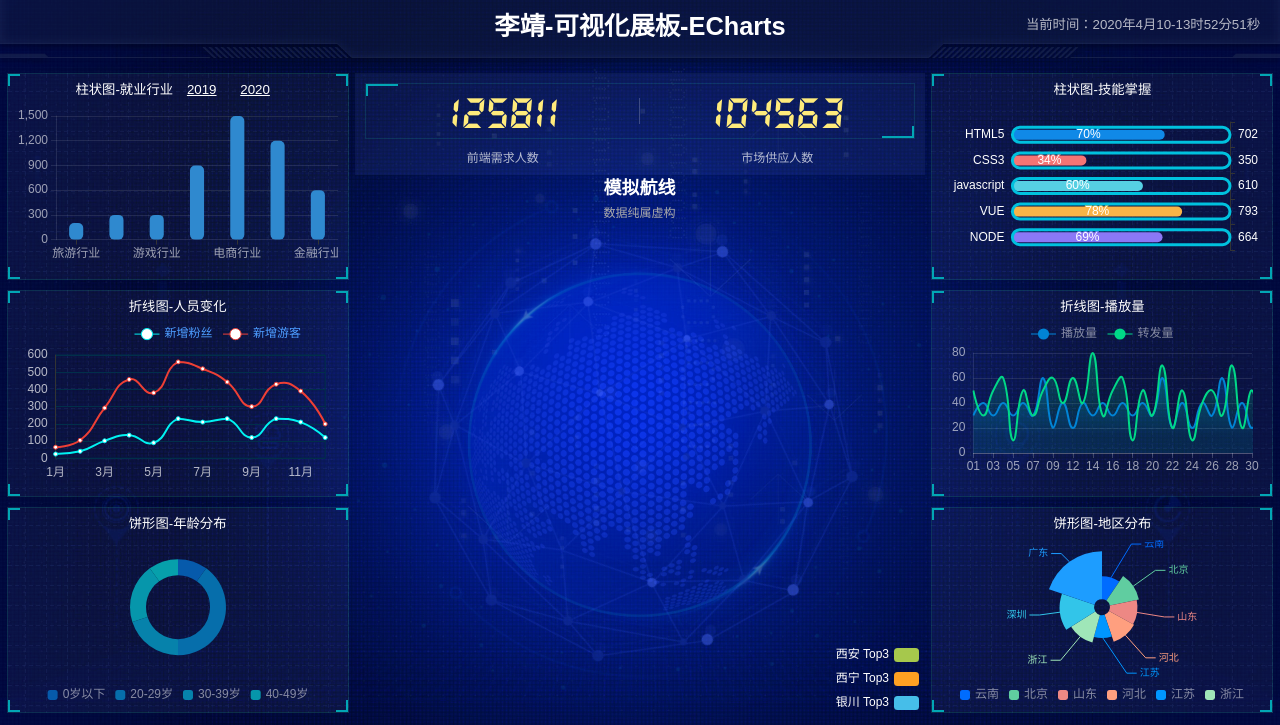
Repository: Jasonlee6789/ECharts
Page: Echarts/index.html
An editor plug-in stored every save of this project. The page is shown before and after the next save, followed by the edit.
The browser window is 1280 px wide. The pictures show the whole page.
The style sheet was rebuilt from its Sass, Less or Tailwind sources for each picture, by a compiler version that may differ from the author's.

Above is the page before, as saved 2020-05-22 13:29:30.

### Echarts/index.html
<!DOCTYPE html>
<html lang="en">

<head>
    <meta charset="UTF-8" />
    <meta name="viewport" content="width=device-width, initial-scale=1.0" />
    <title>Document</title>
    <link rel="stylesheet" href="css/index.css" />
</head>

<body>
    <header>
        <h1>李靖-可视化展板-ECharts</h1>
        <div class="showTime">当前时间：2020年3月17-0时54分14秒</div>
        <script>
            var t = null;
            t = setTimeout(time, 1000); //開始运行
            function time() {
                clearTimeout(t); //清除定时器
                dt = new Date();
                var y = dt.getFullYear();
                var mt = dt.getMonth() + 1;
                var day = dt.getDate();
                var h = dt.getHours(); //获取时
                var m = dt.getMinutes(); //获取分
                var s = dt.getSeconds(); //获取秒
                document.querySelector(".showTime").innerHTML =
                    "当前时间：" +
                    y +
                    "年" +
                    mt +
                    "月" +
                    day +
                    "-" +
                    h +
                    "时" +
                    m +
                    "分" +
                    s +
                    "秒";
                t = setTimeout(time, 1000); //设定定时器，循环运行
            }
        </script>
    </header>
    <section class="mainbox">
        <div class="column">
            <div class="panel bar">
                <h2>
                    柱状图-就业行业 <a href="javascript:;">2019</a>
                    <a href="javacript:;"> 2020</a>
                </h2>
                <div class="chart"></div>
                <div class="panel-footer"></div>
            </div>
            <div class="panel line">
                <h2>折线图-人员变化</h2>
                <div class="chart"></div>
                <div class="panel-footer"></div>
            </div>
            <div class="panel pie">
                <h2>饼形图-年龄分布</h2>
                <div class="chart"></div>
                <div class="panel-footer"></div>
            </div>
        </div>
        <div class="column">
            <div class="no">
                <div class="no-hd">
                    <ul>
                        <li>125811</li>
                        <li>104563</li>
                    </ul>
                </div>
                <div class="no-bd">
                    <ul>
                        <li>前端需求人数</li>
                        <li>市场供应人数</li>
                    </ul>
                </div>
            </div>
            <div class="map">
                <div class="chart"></div>
                <div class="map1"></div>
                <div class="map2"></div>
                <div class="map3"></div>
            </div>
        </div>
        <div class="column">
            <div class="panel bar1">
                <h2>柱状图-技能掌握</h2>
                <div class="chart"></div>
                <div class="panel-footer"></div>
            </div>
            <div class="panel line1">
                <h2>折线图-播放量</h2>
                <div class="chart"></div>
                <div class="panel-footer"></div>
            </div>
            <div class="panel pie1">
                <h2>饼形图-地区分布</h2>
                <div class="chart"></div>
                <div class="panel-footer"></div>
            </div>
        </div>
    </section>
    <script src="js/flexible.js"></script>
    <script src="js/jquery.js"></script>
    <script src="js/echarts.min.js"></script>
    <script src="js/index.js"></script>
    <script src="js/china.js"></script>
</body>

</html>

### Echarts/js/flexible.js
(function flexible(window, document) {
    var docEl = document.documentElement;
    var dpr = window.devicePixelRatio || 1;

    // adjust body font size
    function setBodyFontSize() {
        if (document.body) {
            document.body.style.fontSize = 12 * dpr + "px";
        } else {
            document.addEventListener("DOMContentLoaded", setBodyFontSize);
        }
    }
    setBodyFontSize();

    // set 1rem = viewWidth / 10 （默认屏幕划分10等份 1920/24=80）
    function setRemUnit() {
        var rem = docEl.clientWidth / 24;
        docEl.style.fontSize = rem + "px";
    }

    setRemUnit();

    // reset rem unit on page resize
    window.addEventListener("resize", setRemUnit);
    window.addEventListener("pageshow", function (e) {
        if (e.persisted) {
            setRemUnit();
        }
    });

    // detect 0.5px supports
    if (dpr >= 2) {
        var fakeBody = document.createElement("body");
        var testElement = document.createElement("div");
        testElement.style.border = ".5px solid transparent";
        fakeBody.appendChild(testElement);
        docEl.appendChild(fakeBody);
        if (testElement.offsetHeight === 1) {
            docEl.classList.add("hairlines");
        }
        docEl.removeChild(fakeBody);
    }
})(window, document);

### Echarts/css/index.less
* {
    margin: 0;
    padding: 0;
    box-sizing: border-box;
}

li {
    list-style: none;
}

@font-face {
    font-family: electronicFont;
    src: url(../font/DS-DIGIT.TTF);
}

body {
    font-family: Arial, Helvetica, sans-serif;
    margin: 0;
    padding: 0;
    /*  背景图定位 / 背景图尺寸  cover 完全铺满容器  contain 完整显示在容器内 */
    background: url(../images/bg.jpg) no-repeat #000;
    background-size: cover;
    /* 行高是字体1.15倍 */
    line-height: 1.15;
}

header {
    position: relative;
    height: 1.25rem;
    background: url(../images/head_bg.png) no-repeat top center;
    background-size: 100% 100%;

    h1 {
        font-size: 0.475rem;
        color: #fff;
        text-align: center;
        line-height: 1rem;
    }

    .showTime {
        position: absolute;
        top: 0;
        right: 0.375rem;
        line-height: 0.9375rem;
        font-size: 0.25rem;
        color: rgba(255, 255, 255, 0.7);
    }
}

.mainbox {
    min-width: 1024px;
    max-width: 1920px;
    padding: 0.125rem 0.125rem 0;
    display: flex;

    .column {
        flex: 3;

        &:nth-child(2) {
            flex: 5;
            margin: 0 0.125rem 0.1875rem;
            overflow: hidden;
        }
    }
}

.panel {
    position: relative;
    height: 3.875rem;
    border: 1px solid rgba(25, 186, 139, 0.17);
    background: rgba(255, 255, 255, 0.04) url(../images/line\(1\).png);
    padding: 0 0.1875rem 0.5rem;
    margin-bottom: 0.1875rem;

    &::before {
        position: absolute;
        top: 0;
        left: 0;
        content: "";
        width: 10px;
        height: 10px;
        border-top: 2px solid #02a6b5;
        border-left: 2px solid #02a6b5;
    }

    &::after {
        position: absolute;
        top: 0;
        right: 0;
        content: "";
        width: 10px;
        height: 10px;
        border-top: 2px solid #02a6b5;
        border-right: 2px solid #02a6b5;
    }

    .panel-footer {
        position: absolute;
        left: 0;
        bottom: 0;
        width: 100%;

        &::before {
            position: absolute;
            bottom: 0;
            left: 0;
            content: "";
            width: 10px;
            height: 10px;
            border-bottom: 2px solid #02a6b5;
            border-left: 2px solid #02a6b5;
        }

        &::after {
            position: absolute;
            bottom: 0;
            right: 0;
            content: "";
            width: 10px;
            height: 10px;
            border-bottom: 2px solid #02a6b5;
            border-right: 2px solid #02a6b5;
        }
    }

    h2 {
        height: 0.6rem;
        line-height: 0.6rem;
        text-align: center;
        color: #fff;
        font-size: 0.25rem;
        font-weight: 400;

        a {
            margin: 0 0.1875rem;
            color: #fff;
            text-decoration: underline;
        }
    }

    .chart {
        height: 3rem;
    }
}

.no {
    background: rgba(101, 132, 226, 0.1);
    padding: 0.1875rem;

    .no-hd {
        position: relative;
        border: 1px solid rgba(25, 186, 139, 0.17);

        &::before {
            content: "";
            position: absolute;
            width: 30px;
            height: 10px;
            border-top: 2px solid #02a6b5;
            border-left: 2px solid #02a6b5;
            top: 0;
            left: 0;
        }

        &::after {
            content: "";
            position: absolute;
            width: 30px;
            height: 10px;
            border-bottom: 2px solid #02a6b5;
            border-right: 2px solid #02a6b5;
            right: 0;
            bottom: 0;
        }

        ul {
            display: flex;

            li {
                position: relative;
                flex: 1;
                text-align: center;
                height: 1rem;
                line-height: 1rem;
                font-size: 0.875rem;
                color: #ffeb7b;
                padding: 0.05rem 0;
                font-family: electronicFont;
                font-weight: bold;

                &:first-child::after {
                    content: "";
                    position: absolute;
                    height: 50%;
                    width: 1px;
                    background: rgba(255, 255, 255, 0.2);
                    right: 0;
                    top: 25%;
                }
            }
        }
    }

    .no-bd ul {
        display: flex;

        li {
            flex: 1;
            height: 0.5rem;
            line-height: 0.5rem;
            text-align: center;
            font-size: 0.225rem;
            color: rgba(255, 255, 255, 0.7);
            padding-top: 0.125rem;
        }
    }
}

.map {
    position: relative;
    height: 10.125rem;

    .chart {
        position: absolute;
        top: 0;
        left: 0;
        z-index: 5;
        height: 10.125rem;
        width: 100%;
    }

    .map1,
    .map2,
    .map3 {
        position: absolute;
        top: 50%;
        left: 50%;
        transform: translate(-50%, -50%);
        width: 6.475rem;
        height: 6.475rem;
        background: url(../images/map.png) no-repeat;
        background-size: 100% 100%;
        opacity: 0.3;
    }

    .map2 {
        width: 8.0375rem;
        height: 8.0375rem;
        background-image: url(../images/lbx.png);
        opacity: 0.6;
        animation: rotate 15s linear infinite;
        z-index: 2;
    }

    .map3 {
        width: 7.075rem;
        height: 7.075rem;
        background-image: url(../images/jt.png);
        animation: rotate1 10s linear infinite;
    }

    @keyframes rotate {
        from {
            transform: translate(-50%, -50%) rotate(0deg);
        }

        to {
            transform: translate(-50%, -50%) rotate(360deg);
        }
    }

    @keyframes rotate1 {
        from {
            transform: translate(-50%, -50%) rotate(0deg);
        }

        to {
            transform: translate(-50%, -50%) rotate(-360deg);
        }
    }
}

@media screen and (max-width: 1024px) {
    html {
        font-size: 42px !important;
    }
}

@media screen and (min-width: 1920) {
    html {
        font-size: 80px !important;
    }
}

Loaded but not shown: Echarts/js/jquery.js (library); Echarts/反余切/js/echarts.min.js (library); Echarts/js/china.js (library); Echarts/js/index.js (1166 lines, source omitted)

After the next save:
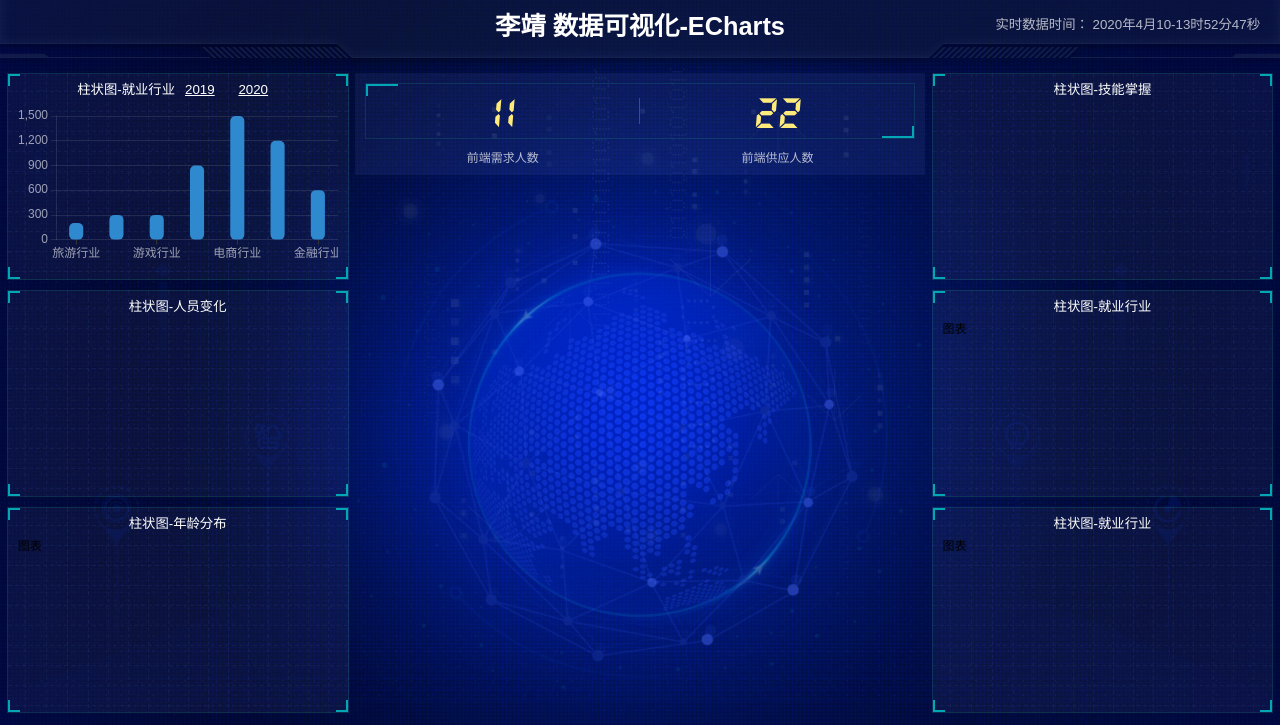
Console error: ReferenceError: $ is not defined
Saved 50 s later.
--- a/Echarts/index.html
+++ b/Echarts/index.html
@@ -2,89 +2,81 @@
 <html lang="en">
 
 <head>
-    <meta charset="UTF-8" />
-    <meta name="viewport" content="width=device-width, initial-scale=1.0" />
-    <title>Document</title>
-    <link rel="stylesheet" href="css/index.css" />
+    <meta charset="UTF-8">
+    <meta name="viewport" content="width=device-width, initial-scale=1.0">
+    <title>ECharts-Jing</title>
+    <link rel="stylesheet" href="css/index.css">
+
 </head>
 
 <body>
+
     <header>
-        <h1>李靖-可视化展板-ECharts</h1>
-        <div class="showTime">当前时间：2020年3月17-0时54分14秒</div>
+        <h1>李靖 数据可视化-ECharts</h1>
+        <div class="showTime"></div>
         <script>
             var t = null;
-            t = setTimeout(time, 1000); //開始运行
+            t = setTimeout(time, 1000); // start running time
             function time() {
                 clearTimeout(t); //清除定时器
                 dt = new Date();
                 var y = dt.getFullYear();
                 var mt = dt.getMonth() + 1;
                 var day = dt.getDate();
-                var h = dt.getHours(); //获取时
-                var m = dt.getMinutes(); //获取分
-                var s = dt.getSeconds(); //获取秒
-                document.querySelector(".showTime").innerHTML =
-                    "当前时间：" +
-                    y +
-                    "年" +
-                    mt +
-                    "月" +
-                    day +
-                    "-" +
-                    h +
-                    "时" +
-                    m +
-                    "分" +
-                    s +
-                    "秒";
-                t = setTimeout(time, 1000); //设定定时器，循环运行
+                var h = dt.getHours();
+                var m = dt.getMinutes();
+                var s = dt.getSeconds();
+                document.querySelector(".showTime").innerHTML = "实时数据时间： " + y + "年" + mt + "月" +
+                    day + "-" + h + "时" + m + "分" + s + "秒";
+                t = setTimeout(tme, 1000); //设置定时器，循环运行
             }
         </script>
     </header>
     <section class="mainbox">
         <div class="column">
             <div class="panel bar">
-                <h2>
-                    柱状图-就业行业 <a href="javascript:;">2019</a>
-                    <a href="javacript:;"> 2020</a>
-                </h2>
+                <h2>柱状图-就业行业<a href="javascript:;">2019</a>
+                    <a href="javacript:;"> 2020</a></h2>
                 <div class="chart"></div>
                 <div class="panel-footer"></div>
             </div>
             <div class="panel line">
-                <h2>折线图-人员变化</h2>
+                <h2>柱状图-人员变化</h2>
                 <div class="chart"></div>
                 <div class="panel-footer"></div>
             </div>
             <div class="panel pie">
-                <h2>饼形图-年龄分布</h2>
-                <div class="chart"></div>
+                <h2>柱状图-年龄分布</h2>
+                <div class="chart">图表</div>
                 <div class="panel-footer"></div>
             </div>
         </div>
+
         <div class="column">
+            <!-- num模块制作 -->
             <div class="no">
                 <div class="no-hd">
                     <ul>
-                        <li>125811</li>
-                        <li>104563</li>
+                        <li>11</li>
+                        <li>22</li>
                     </ul>
                 </div>
                 <div class="no-bd">
                     <ul>
                         <li>前端需求人数</li>
-                        <li>市场供应人数</li>
+                        <li>前端供应人数</li>
                     </ul>
                 </div>
             </div>
+            <!-- 中国地图模块 -->
             <div class="map">
-                <div class="chart"></div>
                 <div class="map1"></div>
                 <div class="map2"></div>
                 <div class="map3"></div>
+                <div class="chart"></div>
             </div>
         </div>
+
         <div class="column">
             <div class="panel bar1">
                 <h2>柱状图-技能掌握</h2>
@@ -92,22 +84,23 @@
                 <div class="panel-footer"></div>
             </div>
             <div class="panel line1">
-                <h2>折线图-播放量</h2>
-                <div class="chart"></div>
+                <h2>柱状图-就业行业</h2>
+                <div class="chart">图表</div>
                 <div class="panel-footer"></div>
             </div>
             <div class="panel pie1">
-                <h2>饼形图-地区分布</h2>
-                <div class="chart"></div>
+                <h2>柱状图-就业行业</h2>
+                <div class="chart">图表</div>
                 <div class="panel-footer"></div>
             </div>
         </div>
     </section>
+
     <script src="js/flexible.js"></script>
-    <script src="js/jquery.js"></script>
     <script src="js/echarts.min.js"></script>
     <script src="js/index.js"></script>
     <script src="js/china.js"></script>
+
 </body>
 
 </html>
